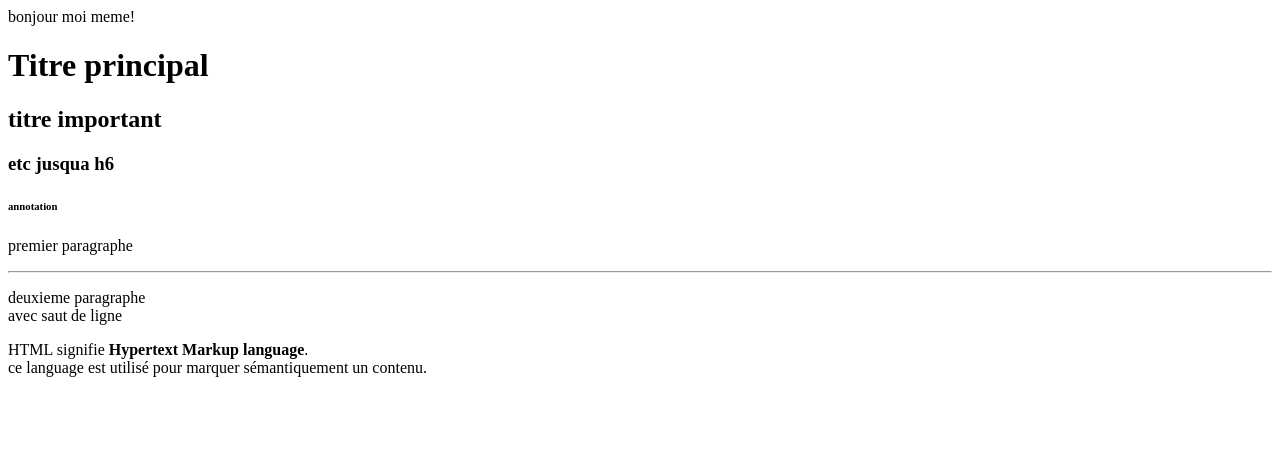
Repository: Poulpyto/fitec
Page: workspaceHtmlFlo/PremierTp_htmlCss/WebContent/index.html
These files come from the project's save history. The page is drawn as it stood at one moment and after the next save; the edit follows.
The browser window is 1280 px wide. The pictures show the whole page.

Above is the page before, as saved 2017-04-03 09:56:41.

### workspaceHtmlFlo/PremierTp_htmlCss/WebContent/index.html
<!DOCTYPE html>
<html>
<head>
<meta charset="UTF-8">
<title>ma page de merde</title>
</head>
<!-- contenu du site -->
<body>
bonjour moi meme!
<h1>Titre principal</h1>
<h2>titre important</h2>
<h3> etc jusqua h6</h3>
<h6>annotation</h6>

<p>premier paragraphe</p>
<hr/><!-- trait de séparation -->
<p>deuxieme paragraphe<br/> avec saut de ligne</p>
<!-- indiquer un texte tres important -->
HTML signifie <strong>Hypertext Markup language</strong>.
<br/>ce language est utilisé pour marquer sémantiquement un contenu.

<!-- test solo
<div>
 toto de la div
 <p><h2> paragraphe h2</h2></p>
 <p> paragraphe 2</p>
 <li>toto</li>
 <li>tata</li>
 </div>
 <br>
 <div>2eme div</div>
<table>tableau<div><th>toto</th><td>titi</td></div></table>
<mark>titi</mark><!-- surligner
<em>titi</em><!-- italique -->

</body>
</html>

After the next save:
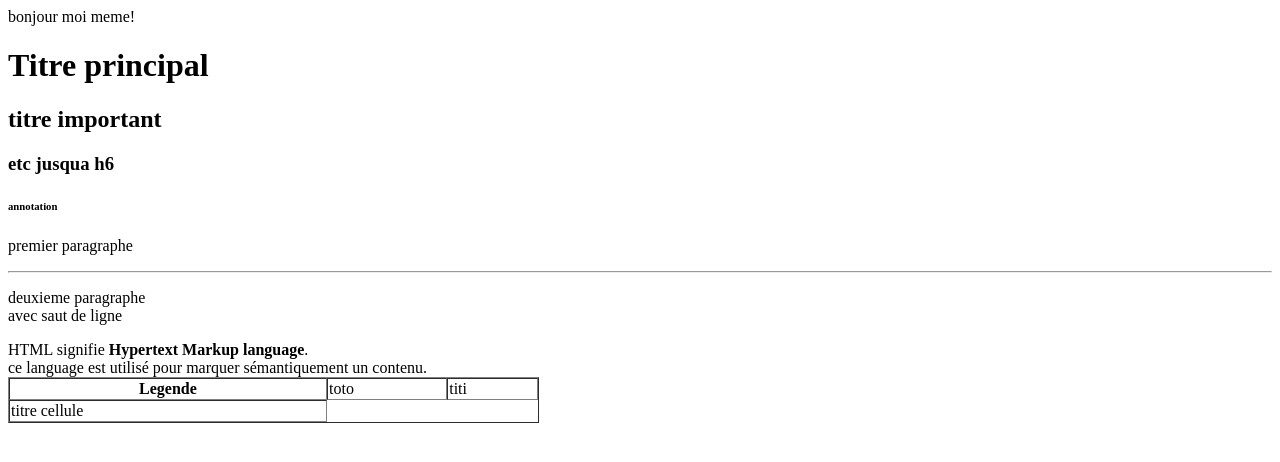
Saved 9 min 42 s later.
--- a/workspaceHtmlFlo/PremierTp_htmlCss/WebContent/index.html
+++ b/workspaceHtmlFlo/PremierTp_htmlCss/WebContent/index.html
@@ -19,6 +19,13 @@ bonjour moi meme!
 HTML signifie <strong>Hypertext Markup language</strong>.
 <br/>ce language est utilisé pour marquer sémantiquement un contenu.
 
+<table border ="1" width ="42%" cellspacing="0">
+<tr>
+<th colspan ="3"> Legende </th><td>toto</td><td>titi</td>
+</tr>
+<td rowspan = "5"
+valign="top">titre cellule</td>
+</table>
 <!-- test solo
 <div>
  toto de la div
